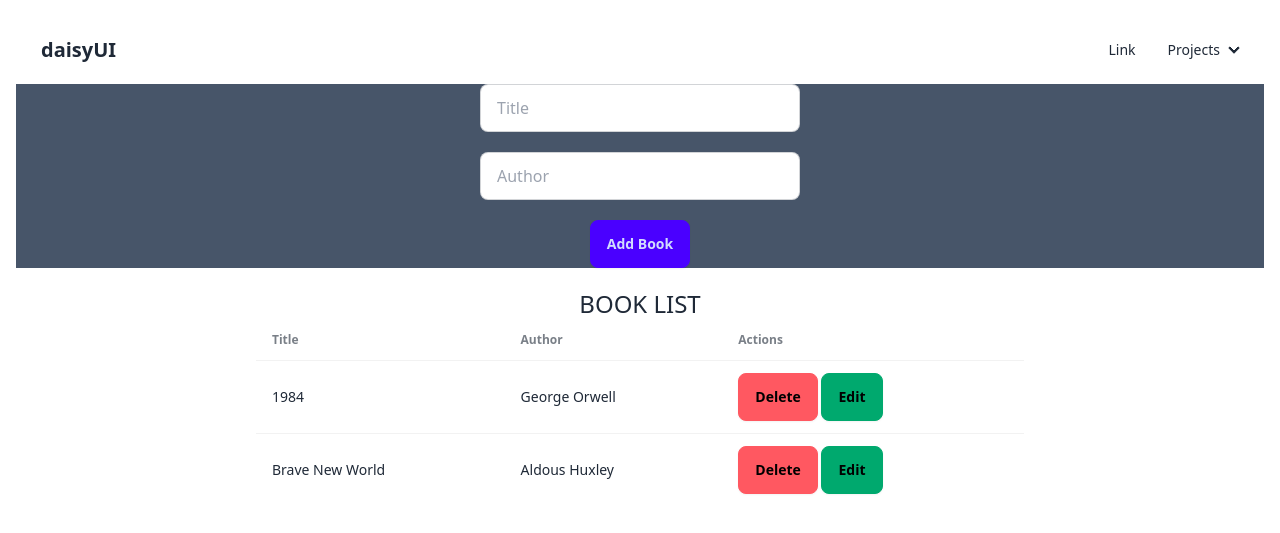
Repository: sibi24sibi/Crud-app-svelte
Page: /
An editor plug-in stored every save of this project. The page is shown before and after the next save, followed by the edit.
The browser window is 1280 px wide. The pictures show the whole page.
The project was rebuilt for these pictures with package versions that can differ from the ones it lists, and the page was loaded fresh each time. Also part of the build but not shown: svelte.config.js, vite.config.js.

Above is the page before, as saved 2024-06-30 19:07:45.

After the next save:
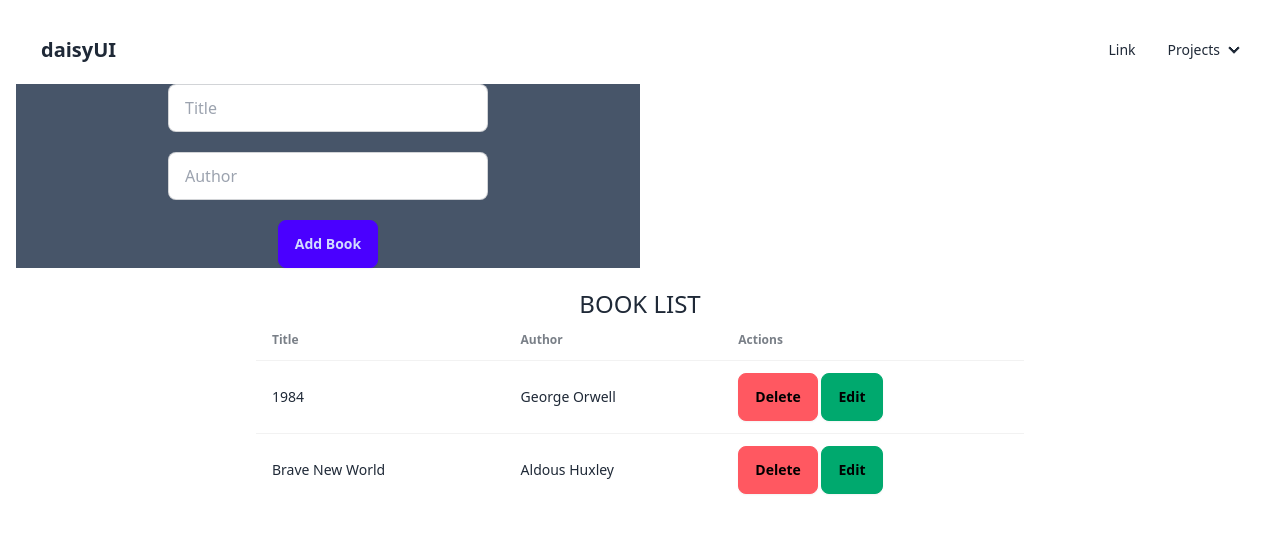
Saved 24 s later.
--- a/src/Components/AddBook.svelte
+++ b/src/Components/AddBook.svelte
@@ -13,7 +13,7 @@
   }
 </script>
 
-<div class="flex flex-col justify-center items-center gap-5 bg-slate-600">
+<div class="flex flex-col justify-center items-center gap-5 bg-slate-600 w-1/2">
   <input
     placeholder="Title"
     class="input input-bordered w-full max-w-xs"
